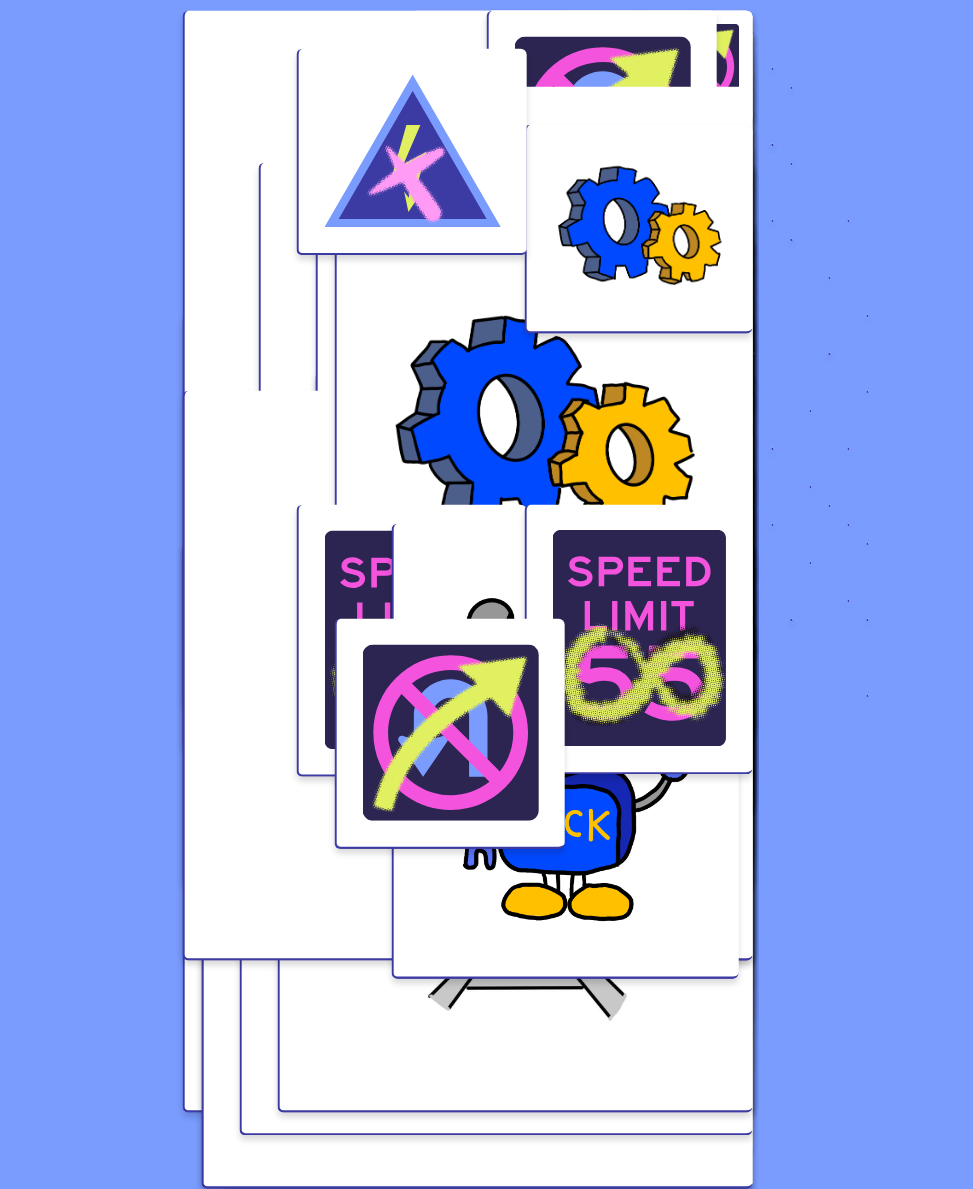
Repository: Avril-Cui/hack-puzzle
Page: / (app in client/)
The author's editor kept a copy of each file at every save. The page is drawn from the files as they stood at one save, then again after the next save.
The browser window is 1280 px wide. The pictures show the whole page, at 76% of full size.
The project was rebuilt for these pictures with package versions that can differ from the ones it lists, and the page was loaded fresh each time. The framework's server and built-in components were replaced by stand-ins that run in the browser. Also part of the build but not shown: client/next.config.ts.

Above is the page before, as saved 2025-06-11 19:55:46.

After the next save:
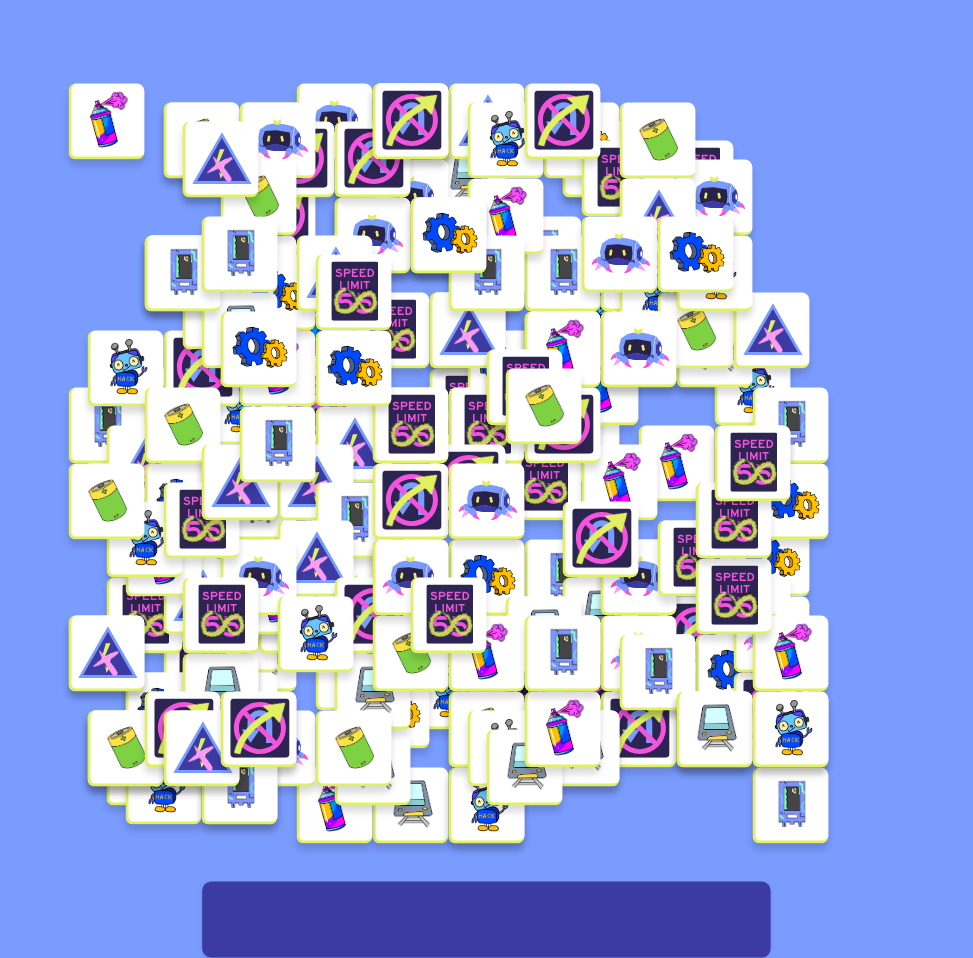
Saved 3 s later.
--- a/client/components/Game.module.css
+++ b/client/components/Game.module.css
@@ -1,78 +1,82 @@
 .gameContainer {
-    display: flex;
-    flex-direction: column;
-    align-items: center;
-    margin-top: 4em;
-  }
+  display: flex;
+  flex-direction: column;
+  align-items: center;
+  margin-top: 10em;
+}
 
-  .tileBoard {
-    position: relative;
-    width: 700px;
-    height: 600px;
-    background-color: transparent;
-  }
+.tileBoard {
+  position: relative;
+  width: 1000px;
+  height: 900px;
+  background-color: transparent; /* remove green board background */
+}
 
-  .tile {
-    position: absolute;
-    background: white;
-    border-radius: 8px;
-    font-size: 28px;
-    border-left: 3px solid #3c3aa3;
-    border-bottom: 3px solid #3c3aa3;
-    display: flex;
-    align-items: center;
-    justify-content: center;
-    transition: transform 0.2s ease, opacity 0.3s ease;
-    box-shadow: 0 6px 8px rgba(0, 0, 0, 0.15);
-    cursor: pointer;
-  }
+.tile {
+  position: absolute;
+  width: 100px;
+  height: 100px;
+  background: white;
+  border-radius: 10px;
+  font-size: 40px;
+  border-left: 4px solid #e1f060;
+  border-bottom: 4px solid #e1f060;
+  display: flex;
+  align-items: center;
+  justify-content: center;
+  transition: transform 0.2s ease, opacity 0.3s ease;
+  box-shadow: 0 8px 10px rgba(0, 0, 0, 0.15);
+  cursor: pointer;
+}
 
-  .tileInner {
-    width: 100%;
-    height: 100%;
-    display: flex;
-    justify-content: center;
-    align-items: center;
-    overflow: hidden;
-    padding: 6%;
-  }
+.tileInner {
+  width: 100%;
+  height: 100%;
+  display: flex;
+  justify-content: center;
+  align-items: center;
+  overflow: hidden;
+  padding: 5%; /* optional, for consistent inner margin */
+}
 
-  .tileInner img {
-    max-width: 100%;
-    max-height: 100%;
-    object-fit: contain;
-    pointer-events: none;
-  }
+.tileInner img {
+  max-width: 100%;
+  max-height: 100%;
+  object-fit: contain;
+  pointer-events: none;
+}
 
-  .covered {
-    background: #ccc;
-    opacity: 0.4;
-    pointer-events: none;
-  }
+.covered {
+  background: #ccc;
+  opacity: 0.4;
+  pointer-events: none;
+}
 
-  .queueBar {
-    margin-top: 24px;
-    display: flex;
-    justify-content: flex-start;
-    gap: 6px;
-    padding: 10px 12px;
-    background-color: #3c3aa3;
-    border-radius: 10px;
-    width: calc((70px * 7) + (6px * 6));
-    min-height: 70px;
-  }
+.queueBar {
+  margin-top: 100px;
+  display: flex;
+  justify-content: center;
+  gap: 12px;
+  padding: 12px;
+  background: #3c3aa3;
+  border-radius: 10px;
+  box-shadow: 0 2px 6px rgba(0, 0, 0, 0.1);
+}
 
-  .queueTile {
-    width: 70px;
-    height: 70px;
-    background: white;
-    border-radius: 8px;
-    box-shadow: 0 2px 4px rgba(0, 0, 0, 0.1);
-  }
+.queueBar {
+  display: flex;
+  justify-content: flex-start;
+  gap: 8px;
+  padding: 12px 16px;
+  background-color: #3c3aa3;
+  border-radius: 12px;
+  width: calc((100px * 7) + (8px * 6)); /* = 748px */
+  min-height: 100px; /* same as tile height */
+}
 
-  .queueTile img {
+.queueTile img {
     width: 100%;
     height: 100%;
     object-fit: contain;
-    padding: 6px;
+    padding: 8px;
   }
